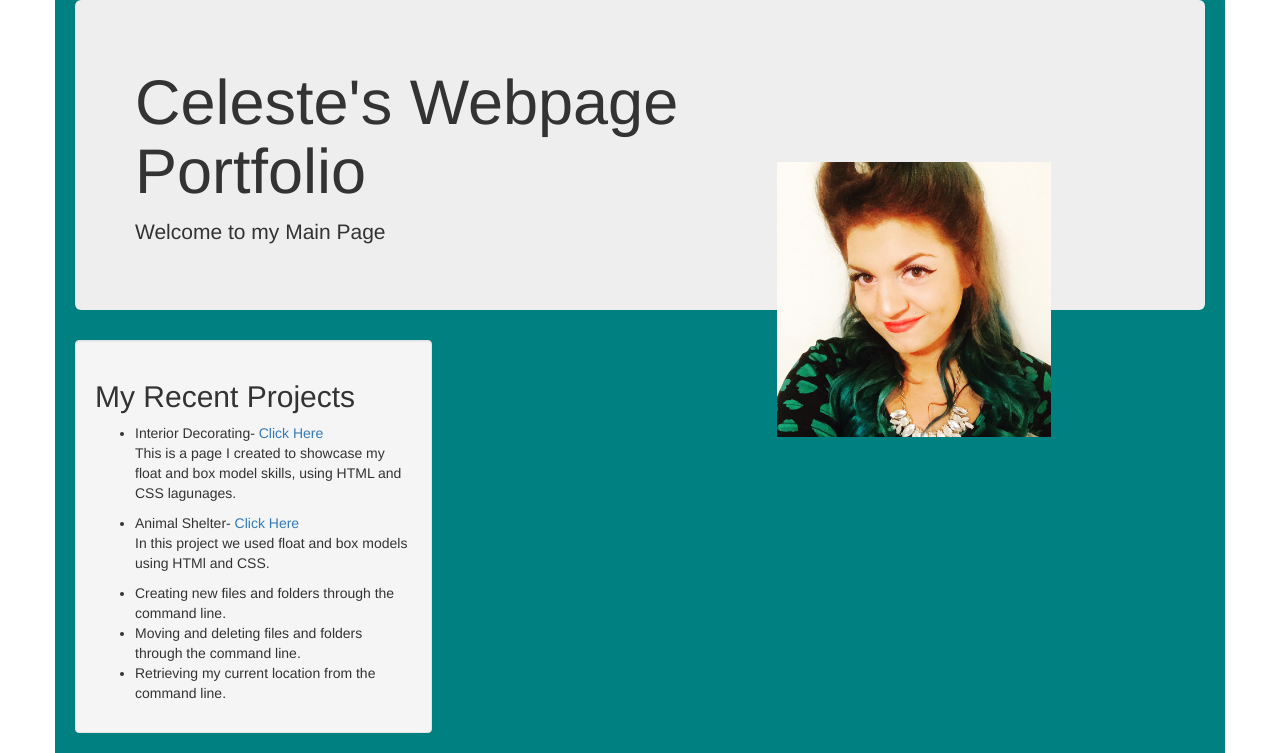
Repository: fieldceleste/portfolio-celeste
Page: portfolio-celeste.html
The author's editor kept a copy of each file at every save. The page is drawn from the files as they stood at one save, then again after the next save.
The browser window is 1280 px wide. The pictures show the whole page.

Above is the page before, as saved 2019-11-01 15:14:23.

After the next save:
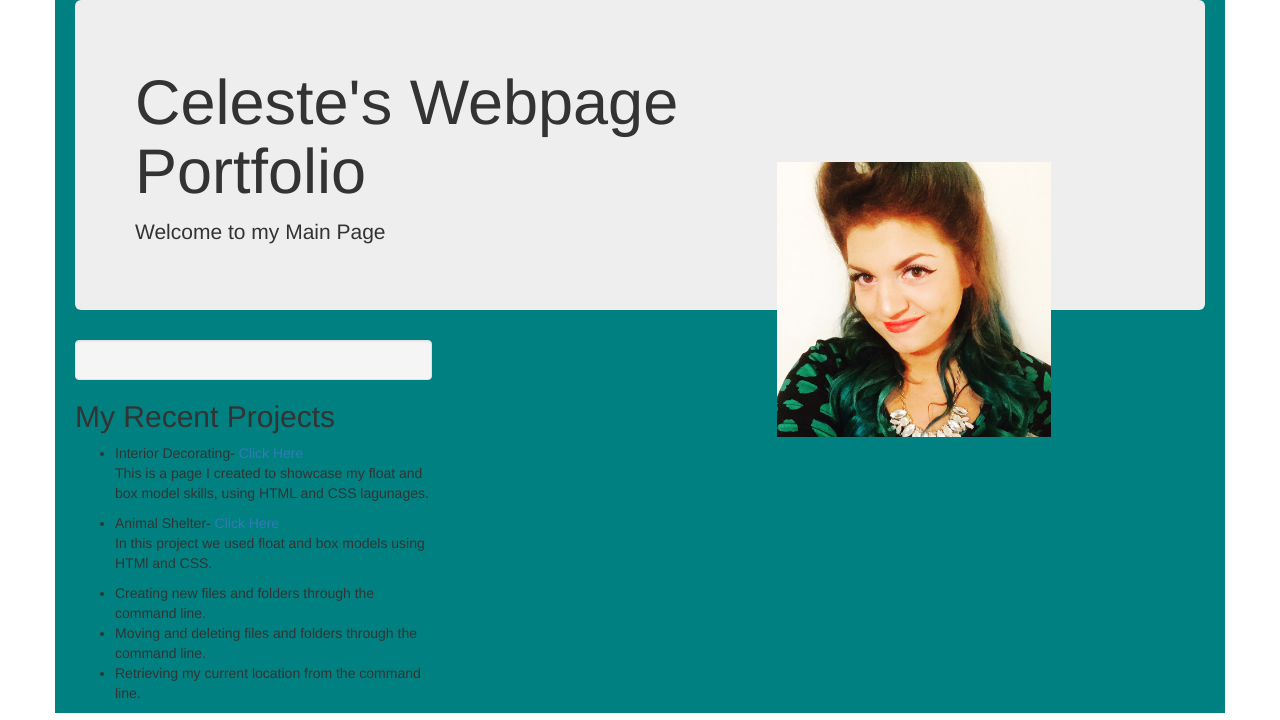
Saved 119 s later.
--- a/portfolio-celeste.html
+++ b/portfolio-celeste.html
@@ -14,16 +14,15 @@
     <div class="row">
       <div class="col-md-4">
         <div class="well">
-            <div class="">
+
              </div>
             <h2>My Recent Projects</h2>
-
               <ul>
-               <li>Interior Decorating- <a herf="https://github.com/fieldceleste/interior-decorator">Click Here</a><p>This is a page I created to showcase my float and box model skills, using HTML and CSS lagunages.</p></li>
-                <li>Animal Shelter- <a herf="https://github.com/fieldceleste/animal-shelter">Click Here</a><p>In this project we used float and box models using HTMl and CSS.</p></li>
-                <li>Creating new files and folders through the command line.</li>
-                <li>Moving and deleting files and folders through the command line.</li>
-                <li>Retrieving my current location from the command line.</li>
+                 <li>Interior Decorating- <a herf="https://github.com/fieldceleste/interior-decorator">Click Here</a><p>This is a page I created to showcase my float and box model skills, using HTML and CSS lagunages.</p></li>
+                  <li>Animal Shelter- <a herf="https://github.com/fieldceleste/animal-shelter">Click Here</a><p>In this project we used float and box models using HTMl and CSS.</p></li>
+                  <li>Creating new files and folders through the command line.</li>
+                  <li>Moving and deleting files and folders through the command line.</li>
+                  <li>Retrieving my current location from the command line.</li>
               </ul>
               </div>
             </div>
